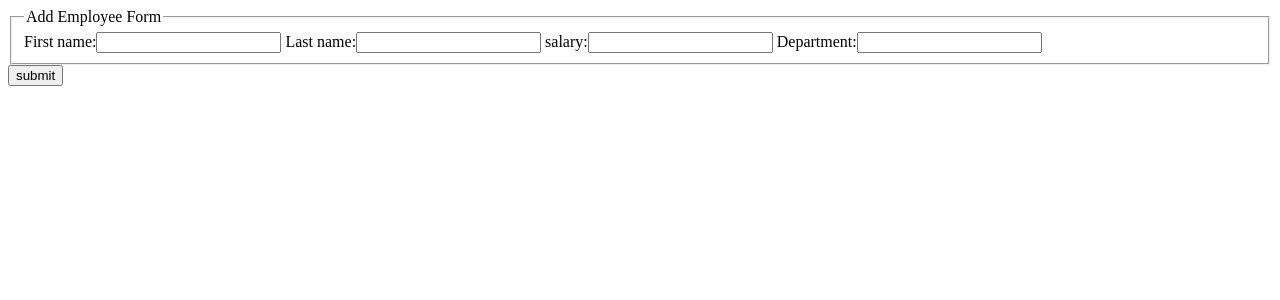
Repository: Tejashriamarjadhav/PHASE2_PROJECT
Page: http://localhost/JSPDemo/implicit-demo/add-employee.jsp
These files come from the project's save history. The page is drawn as it stood at one moment and after the next save; the edit follows.
The browser window is 1280 px wide. The pictures show the whole page.
The page is served by Tomcat 9.

Above is the page before, as saved 2021-08-21 16:41:00.

After the next save:
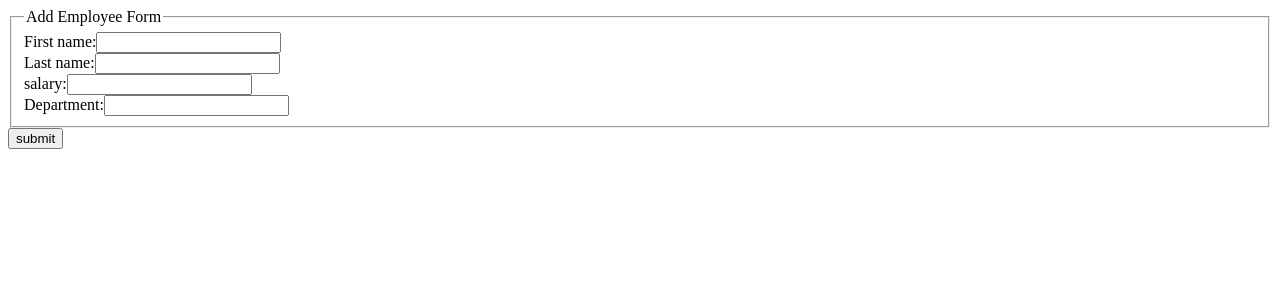
Saved 3 min 51 s later.
--- a/JSPDemo/WebContent/implicit-demo/add-employee.jsp
+++ b/JSPDemo/WebContent/implicit-demo/add-employee.jsp
@@ -10,10 +10,11 @@
 <form action="employee-submit.jsp" method="post"></form>
 <fieldset>
 <legend> Add Employee Form</legend>
-First name:<input type="text" name="firstname" id="Firstname"/>
-Last name:<input type="text" name="lastname" id="lastname"/>
-salary:<input type="text" name="salary" id="salary"/>
-Department:<input type="text" name="department" id="department"/>
+First name:<input type="text" name="firstname" id="Firstname"/><br/>
+
+Last name:<input type="text" name="lastname" id="lastname"/></br>
+salary:<input type="text" name="salary" id="salary"/></br>
+Department:<input type="text" name="department" id="department"/></br>
 
 
 </fieldset>
